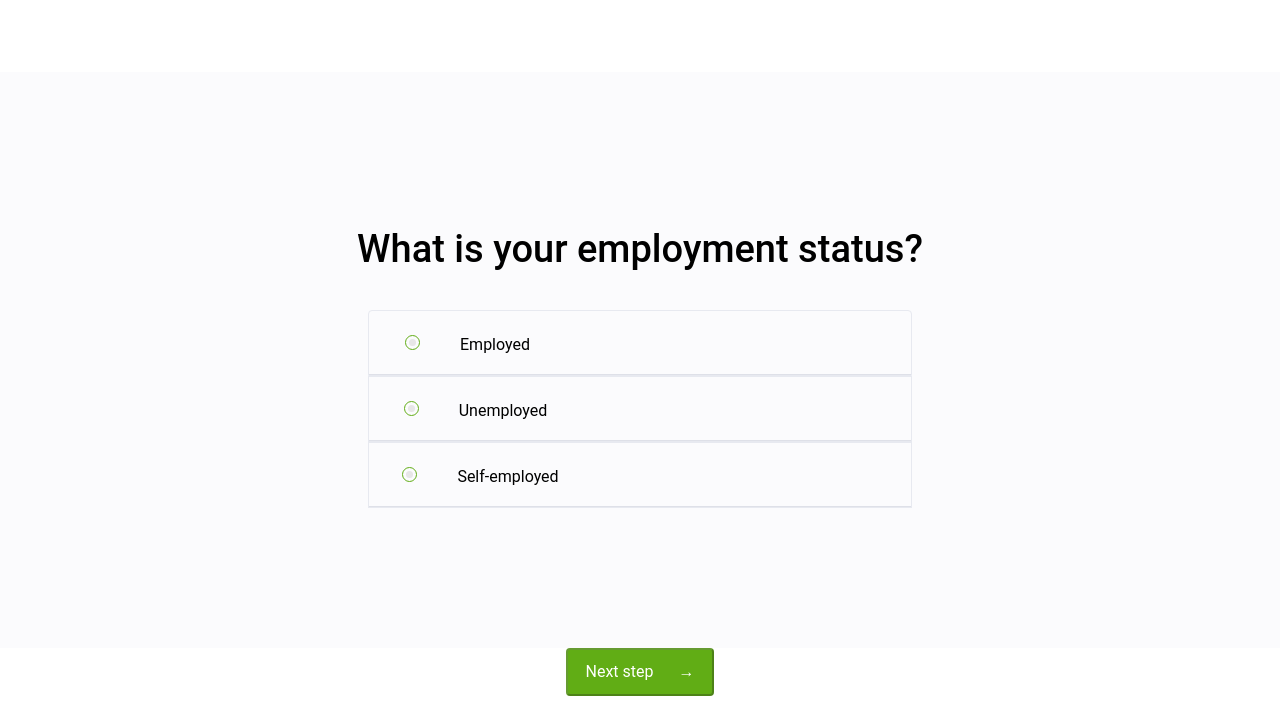
Repository: andbilous/task-survey
Page: /employment-status
The author's editor kept a copy of each file at every save. The page is drawn from the files as they stood at one save, then again after a run of saves.
The browser window is 1280 px wide. The pictures show the whole page.
The project was rebuilt for these pictures with package versions that can differ from the ones it lists, and the page was loaded fresh each time. Also part of the build but not shown: src/pages/FillingStatus.jsx, src/pages/Proprietorships.jsx, src/pages/Score.jsx.

Above is the page before, as saved 2020-06-18 19:21:54.

After the next 3 saves:
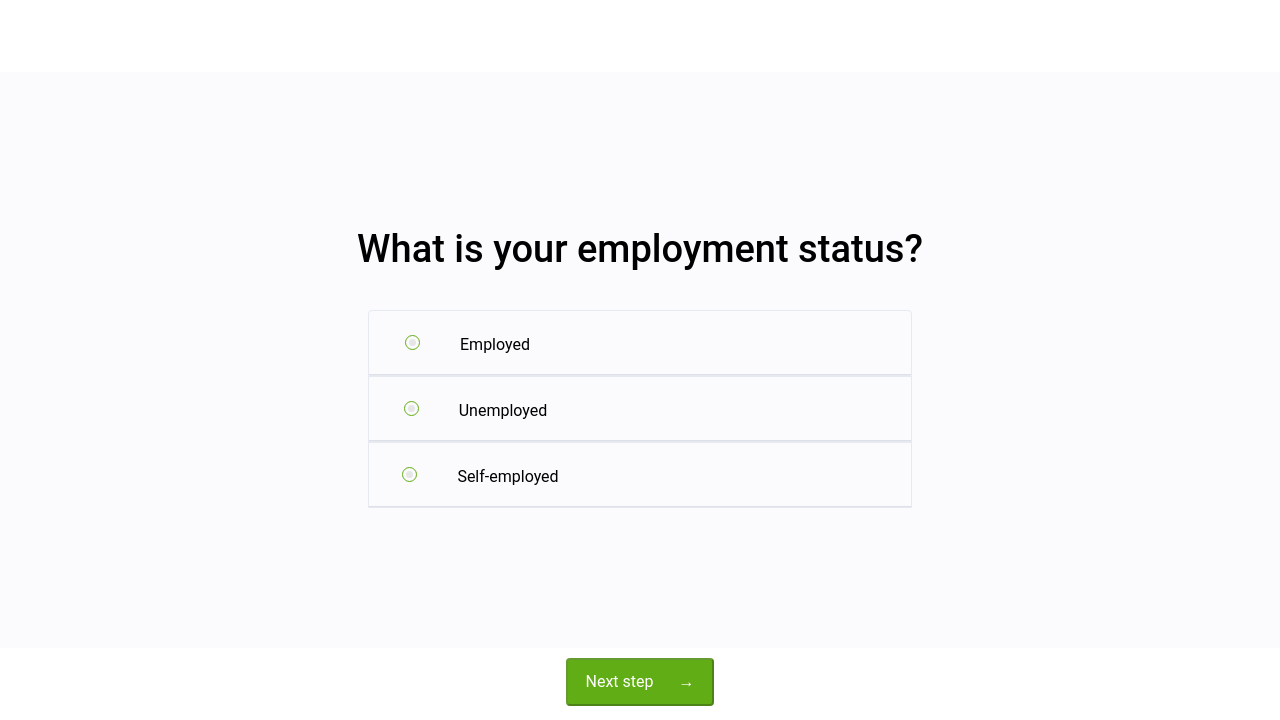
The 3 saves are shown as one change because they came seconds apart.
The last was saved 2 min 37 s later.
--- a/src/components/Footer.jsx
+++ b/src/components/Footer.jsx
@@ -62,7 +62,7 @@ const styles = {
     width: "100%",
     height: "72px",
     backgroundColor: "#fff",
-    paddingBottom: '10px'
+    padding: '10px 10px'
   },
   button: {
     color: "#fff",
